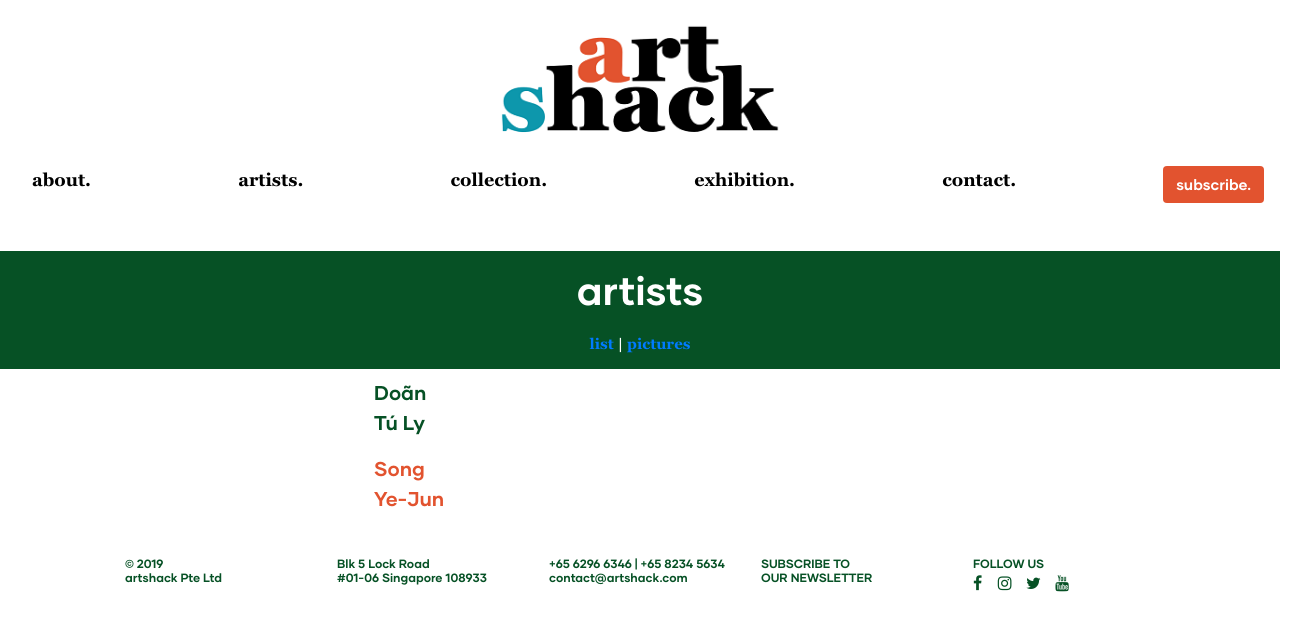
Repository: lynette-lyf/artshack
Page: artists-list.html
The author's editor kept a record of every edit. The page is drawn from the files as they stood at one moment, then again after the next edit.
The browser window is 1280 px wide. The page is 1295 px wide, so the pictures cover 1295 px, including what lies to the right of the window. The pictures show the whole page.

Above is the page before.
Not found: artists.css

### artists-list.html
<!doctype html>
<html lang="en">

<head>
  <!-- Required meta tags -->
  <meta charset="utf-8">
  <meta name="viewport" content="width=device-width, initial-scale=1, shrink-to-fit=no">

  <!-- Bootstrap CSS -->
  <link rel="stylesheet" href="https://stackpath.bootstrapcdn.com/bootstrap/4.3.1/css/bootstrap.min.css" integrity="sha384-ggOyR0iXCbMQv3Xipma34MD+dH/1fQ784/j6cY/iJTQUOhcWr7x9JvoRxT2MZw1T" crossorigin="anonymous">
  <link rel="stylesheet" href="artists.css" />
  <link rel="stylesheet" href="https://cdnjs.cloudflare.com/ajax/libs/font-awesome/4.7.0/css/font-awesome.min.css">
  <link href="https://unpkg.com/aos@2.3.1/dist/aos.css" rel="stylesheet">
  <title>artshack</title>

  <style>
/* font converted using font-converter.net. thank you! */
@font-face {
  font-family: "Georgia-Bold";
  src: url("./fonts/georgiab.eot"); /* IE9 Compat Modes */
  src: url("./fonts/georgiab.eot?#iefix") format("embedded-opentype"), /* IE6-IE8 */
    url("./fonts/georgiab.otf") format("opentype"), /* Open Type Font */
    url("./fonts/georgiab.svg") format("svg"), /* Legacy iOS */
    url("./fonts/georgiab.ttf") format("truetype"), /* Safari, Android, iOS */
    url("./fonts/georgiab.woff") format("woff"), /* Modern Browsers */
    url("./fonts/georgiab.woff2") format("woff2"); /* Modern Browsers */
  font-weight: normal;
  font-style: normal;
}


/* font converted using font-converter.net. thank you! */
@font-face {
  font-family: "GilmerBold";
  src: url("./fonts/GilmerBold.eot"); /* IE9 Compat Modes */
  src: url("./fonts/GilmerBold.eot?#iefix") format("embedded-opentype"), /* IE6-IE8 */
    url("./fonts/GilmerBold.otf") format("opentype"), /* Open Type Font */
    url("./fonts/GilmerBold.svg") format("svg"), /* Legacy iOS */
    url("./fonts/GilmerBold.ttf") format("truetype"), /* Safari, Android, iOS */
    url("./fonts/GilmerBold.woff") format("woff"), /* Modern Browsers */
    url("./fonts/GilmerBold.woff2") format("woff2"); /* Modern Browsers */
  font-weight: normal;
  font-style: normal;
}

    .logo {
      width: 280px;
    }

    /*Custom BootStrap4 CSS Styling credits to Saranya Rajendran @ https://stackoverflow.com/questions/49400853/how-to-change-navbar-hover-color-on-bootstrap-4/49405726*/

    .navbar-light .navbar-brand {
      color: black;
    }

    .navbar-light .navbar-nav .active>.nav-link,
    .navbar-light .navbar-nav .nav-link.active,
    .navbar-light .navbar-nav .nav-link.show,
    .navbar-light .navbar-nav .show>.nav-link {
      color: black;
    }

    .navbar-light .navbar-nav .nav-link {
      color: black;
    }

    .navbar-light .navbar-nav .nav-link-about,
    .navbar-light .navbar-nav .nav-link-artists,
    .navbar-light .navbar-nav .nav-link-collection,
    .navbar-light .navbar-nav .nav-link-exhibition,
    .navbar-light .navbar-nav .nav-link-contact {
      color: black;
    }

    .navbar-light .navbar-nav .nav-link-about:hover,
    .navbar-light .navbar-nav .nav-link-contact:hover {
      color: rgb(13, 151, 172) !important;
      text-decoration: none;
    }

    .navbar-light .navbar-nav .nav-link-artists:hover {
      color: rgb(6, 81, 37) !important;
      text-decoration: none;
    }

    .navbar-light .navbar-nav .nav-link-collection:hover {
      color: rgb(221, 160, 51) !important;
      text-decoration: none;
    }

    .navbar-light .navbar-nav .nav-link-exhibition:hover {
      color: rgb(226, 83, 47) !important;
      text-decoration: none;
    }

    .navbar ul {
      display: flex;
      align-items: stretch;
      /* Default */
      justify-content: space-between;
      width: 100%;
      background: #fff;
      margin: 0;
      padding: 0;
    }

    .navbar li {
      display: block;
      flex: 0 1 auto;
      /* Default */
      list-style-type: none;
      background: #fff;
    }

    .navbar .nav-item-subscribe {
      color: white;
    }

    .navbar {
      font-family: Georgia-Bold;
      color: black;
      font-size: 18px;
    }




    form {
      font-family: GilmerBold;
    }

    .form-group .form-control {
      background-color: rgb(6, 81, 37);
      color: white;
    }

    .btn {
      font-family: GilmerBold;
      font-size: 15px;
      color: white;
      background-color: rgb(226, 83, 47);
    }

    .btn:hover {
      color: white;
      background-color: rgb(13, 151, 172);
    }

    .btn:focus {
      color: orange;
    }

    .box {
      background-color: white;
      color: white;
    }

.container-fluid-footer h3 {
  font-family: GilmerBold;
  font-size: 12px;
  color: rgb(6,81,37);
}

.container-fluid-footer h3 a {
  text-decoration: none;
  color: rgb(6,81,37);
}


.container-fluid-footer #socials a {
  text-decoration: none;
  color: rgb(6,81,37);
  margin: 6px;
}

.container-fluid-footer #socials a:hover,
.container-fluid-footer h3 a:hover,
.container-fluid-footer .newsletter:hover{
  color: rgb(221,160,51);
}

@media (max-width: 1023px) {
  .container-fluid-footer .newsletter { display: none; }
}

.container-fluid-artists {
  background-color: rgb(6,81,37);
}

.container-fluid-artists #artists {
  font-family: GilmerBold;
  font-size: 40px;
  color: white;
}

.container-fluid-artists .row #artistsnav h2 {
  font-family: Georgia-Bold;
  font-size:15px;
  color:white;
  text-decoration:none;
}


  </style>

</head>



<header>
  <!--Logo with navigation to Home Page-->
  <div class="container-fluid">
    <div class="logo mx-auto pt-4">
      <a href="index.html"><img class="img-fluid" src="images/logo.png"></img></a>
    </div>

  </div>

  <div class="container-fluid pl-0 pr-0">
    <!--Navbar credits to https://getbootstrap.com/docs/4.3/components/navbar/-->
    <nav class="navbar navbar-expand-lg navbar-light bg-nobg">
      <a class="navbar-brand" href="#"></a>
      <button class="navbar-toggler" type="button" data-toggle="collapse" data-target="#navbarNav" aria-controls="navbarNav" aria-expanded="false" aria-label="Toggle navigation">
    <span class="navbar-toggler-icon"></span>
  </button>
      <div class="collapse navbar-collapse" id="navbarNav">
        <ul class="navbar-nav">
          <li class="nav-item active">
            <a class="nav-link-about" href="about.html">about.</a>
          </li>
          <li class="nav-item">
            <a class="nav-link-artists" href="artists.html">artists.</a>
          </li>
          <li class="nav-item">
            <a class="nav-link-collection" href="index.html#collection">collection.</a>
          </li>
          <li class="nav-item">
            <a class="nav-link-exhibition" href="index.html#current-exhibition">exhibition.</a>
          </li>
          <li class="nav-item">
            <a class="nav-link-contact" href="index.html#contact">contact.</a>
          </li>
          <!--Modal credits to https://mdbootstrap.com/docs/jquery/modals/forms/-->
          <li class="nav-item-subscribe">
            <a class="btn btn-default btn-rounded mb-4" data-toggle="modal" data-target="#modalSubscriptionForm">subscribe.</a>
          </li>
          <div class="modal fade" id="modalSubscriptionForm" tabindex="-1" role="dialog" aria-labelledby="myModalLabel" aria-hidden="true">
            <div class="modal-dialog" role="document">
              <div class="modal-content">
                <div class="modal-header text-center" style="color: white;background-color:rgb(221,160,51);">
                  <h4 class="modal-title">Subscribe to our Newsletter
                    <div style="font-size: 14px">(& get exclusive invitations to
                      <div> our exhibition openings!)</div>
                    </div>
                  </h4>
                  <button type="button" class="close" data-dismiss="modal" aria-label="Close">
          <span aria-hidden="true">&times;</span>
        </button>
                </div>
                <div class="modal-body" style="color: white;background-color:rgb(6,81,37);">
                  <div class="md-form mb-1 mt-2 mx-3">
                    <input type="text" id="form3" class="form-control validate">
                    <label data-error="wrong" data-success="right" for="form3">name</label>
                  </div>

                  <div class="md-form mx-3">
                    <input type="email" id="form2" class="form-control validate">
                    <label data-error="wrong" data-success="right" for="form2">email address</label>
                  </div>

                </div>
                <div class="modal-footer d-flex justify-content-center" style="color: white;background-color:rgb(226,83,47);>
        <button class=" btn btn-indigo ">Subscribe</button>
      </div>
    </div>
  </div>
</div>
        </ul>
      </div>
    </nav>
</header>

<body>
<!--Artists section-->
<div class="container-fluid-artists mt-3">
            <div class="row ">
              <div class="col text-center my-2 mx-3" id="artists">artists</div>
            </div>
            <div class="row">
              <div class="col text-center my-2" id="artistsnav">
              <h2><a href="artists-list.html">list</a> | <a href="artists-pictures.html">pictures</a></h2>
</div>
</div>
</div>

<div class="row justify-content-center">
            <div class="col col-xl-1 col-lg-4 col-md-5 col-sm-12 mx-2 my-2" style="font-family: GilmerBold;font-size: 20px;">
                <a style="color: rgb(6,81,37)" href="doantuly.html" onmouseenter="toggleShow('image1');" onmouseleave="toggleHide('image1');">Doãn Tú Ly</a>
            </div>
            <div class="col col-xl-4 col-lg-5 col-md-6 col-sm-12 mx-2 my-2">
                <img style="display:none;" id="image1" src="images/collage1.png" class="img-fluid" alt="Responsive image">
            </div>
        </div>

<div class="row justify-content-center">
            <div class="col col-xl-1 col-lg-4 col-md-5 col-sm-12 mx-2 my-2" style="font-family: GilmerBold;font-size: 20px;">
                <a style="color: rgb(226,83,47)" href="" onmouseenter="toggleShow('image2');" onmouseleave="toggleHide('image2');">Song Ye-Jun</a>
            </div>
            <div class="col col-xl-4 col-lg-5 col-md-6 col-sm-12 mx-2 my-2">
                <img style="display:none;" id="image2" src="images/collage2.png" class="img-fluid" alt="Responsive image">
            </div>
        </div>

<script>
function toggleShow(elementId) {
  let el = document.getElementById(elementId);
  el.style.display = "block";
}

function toggleHide(elementId) {
  let el = document.getElementById(elementId);
  el.style.display = "none";
}
</script>



</div>
</div>
</div>

                <!-- Optional JavaScript -->
                <!-- jQuery first, then Popper.js, then Bootstrap JS -->
                <script src="https://code.jquery.com/jquery-3.3.1.slim.min.js " integrity="sha384-q8i/X+965DzO0rT7abK41JStQIAqVgRVzpbzo5smXKp4YfRvH+8abtTE1Pi6jizo " crossorigin="anonymous ">
                </script>
                <script src="https://cdnjs.cloudflare.com/ajax/libs/popper.js/1.14.7/umd/popper.min.js " integrity="sha384-UO2eT0CpHqdSJQ6hJty5KVphtPhzWj9WO1clHTMGa3JDZwrnQq4sF86dIHNDz0W1 " crossorigin="anonymous ">
                </script>
                <script src="https://stackpath.bootstrapcdn.com/bootstrap/4.3.1/js/bootstrap.min.js " integrity="sha384-JjSmVgyd0p3pXB1rRibZUAYoIIy6OrQ6VrjIEaFf/nJGzIxFDsf4x0xIM+B07jRM " crossorigin="anonymous ">
                </script>
                <script src="https://unpkg.com/aos@2.3.1/dist/aos.js"></script>
</body>


<footer>

<!--Page footer-->
  <div class="container-fluid-footer">
  <div class="box">&nbsp;</div>
            <div class="row justify-content-center pt-1 mx-1 mt-2 mb-2">
              <div class="column col-xl-2 col-lg-2 col-md-3 col-sm-10">
<h3 class="copyright">© 2019<br>artshack Pte Ltd</h3>
</div>
<div class="column col-xl-2 col-lg-3 col-md-3 col-sm-10">
<h3 class="address">Blk 5 Lock Road<br> #01-06 Singapore 108933</h3>
</div>

<div class="column col-xl-2 col-lg-3 col-md-3 col-sm-10 ">
<h3 class="contactinfo">+65 6296 6346  |  +65 8234 5634<br><a href="mailto:contact@artshack.com">contact@artshack.com</a></h3>
</div>

<div class="column col-xl-2 col-lg-2 col-md-0 col-sm-0">
<h3 class="newsletter"><a data-toggle="modal" data-target="#modalSubscriptionForm">SUBSCRIBE TO<br>OUR NEWSLETTER</h3></a>
</div>

<div class="column col-xl-2 col-lg-2 col-md-3 col-sm-10 " id="socials">
<h3 class="socials" style="padding: 0px; margin: 0px;">FOLLOW US</h3>
  <a style="margin-left:0px;" href="https://www.facebook.com"><i class="fa fa-facebook"></i></a>
  <a style="margin:5px" href="https://www.instagram.com"><i class="fa fa-instagram"></i></a>
  <a style="margin:5px" href="https://www.twitter.com"><i class="fa fa-twitter"></i></a>
  <a style="margin:5px" href="https://www.youtube.com"><i class="fa fa-youtube"></i></a>
</div>

</div>
</div>
</div>





</footer>

</html>

After the next edit:
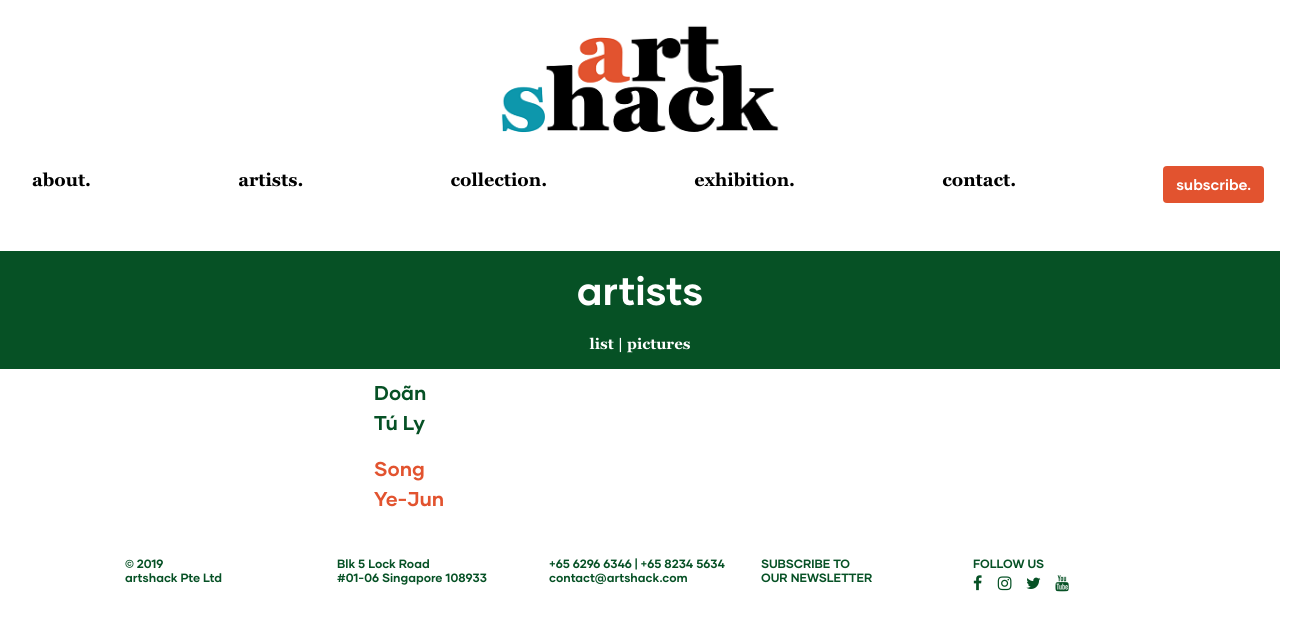
The edit:
--- a/artists-list.html
+++ b/artists-list.html
@@ -197,9 +197,12 @@
   font-family: Georgia-Bold;
   font-size:15px;
   color:white;
+}
+
+.container-fluid-artists .row #artistsnav a {
   text-decoration:none;
-}
-
+  color:white;
+}
 
   </style>
 
